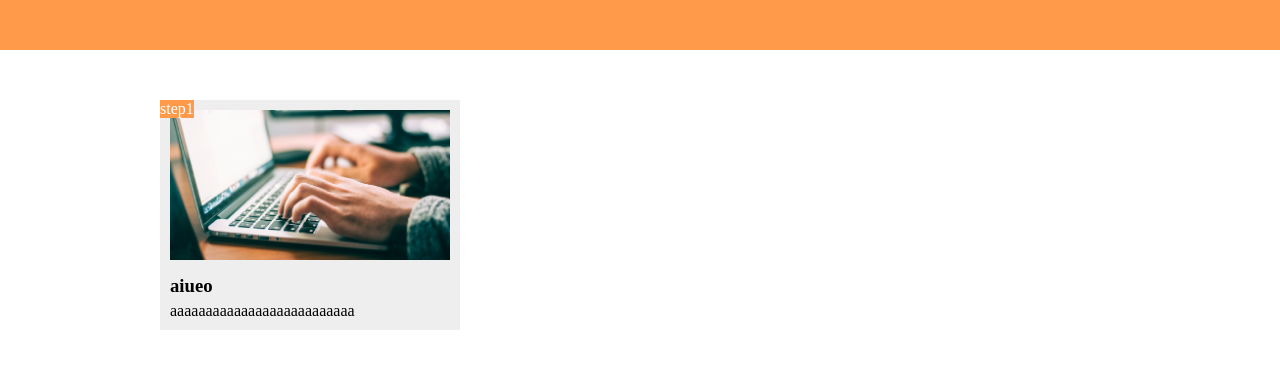
Repository: shimizuayuka/wcp_PHP
Page: chapter9/index.html
The author's editor kept a record of every edit. The page is drawn from the files as they stood at one moment, then again after the next edit.
The browser window is 1280 px wide. The pictures show the whole page.

Above is the page before.

After the next edit:
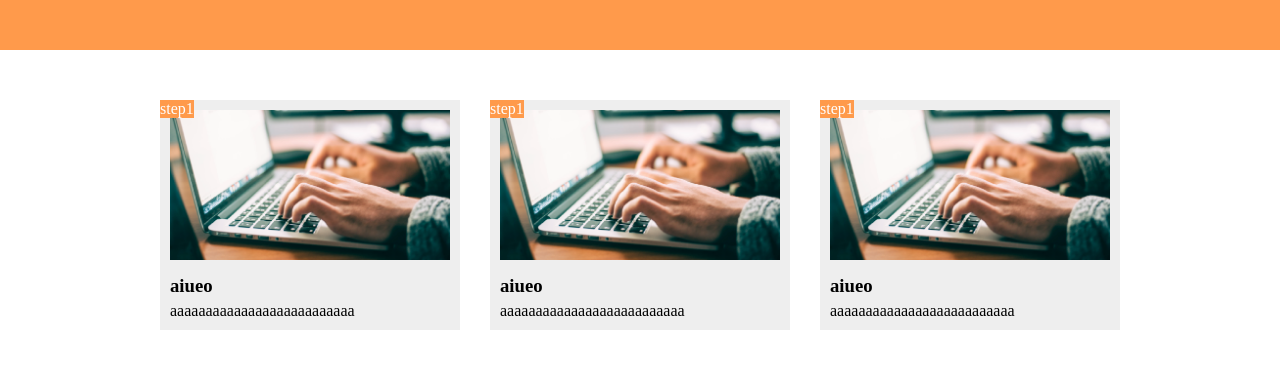
The edit:
--- a/chapter9/index.html
+++ b/chapter9/index.html
@@ -16,6 +16,22 @@
           aaaaaaaaaaaaaaaaaaaaaaaaaa
         </p>
       </div>
+      <div class="step-box">
+        <div class="step-img1"></div>
+        <sapn class="step-num">step1</sapn>
+        <h3 class="title">aiueo</h3>
+        <p class="text">
+          aaaaaaaaaaaaaaaaaaaaaaaaaa
+        </p>
+      </div>
+      <div class="step-box">
+        <div class="step-img1"></div>
+        <sapn class="step-num">step1</sapn>
+        <h3 class="title">aiueo</h3>
+        <p class="text">
+          aaaaaaaaaaaaaaaaaaaaaaaaaa
+        </p>
+      </div>
     </main>
   </body>
 </html>
